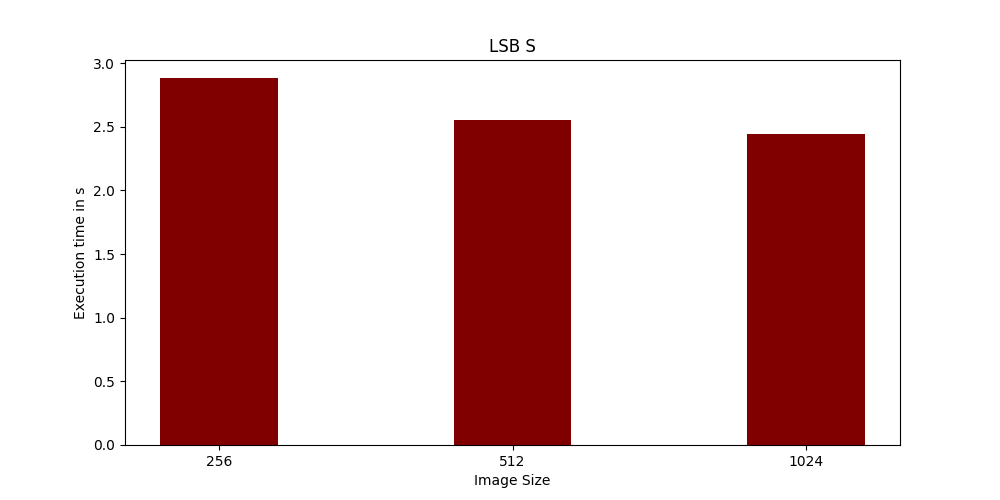
Repository: vishalsinghhh/DNA-cryptography-Project
Script's output: python DNA/Graphs.py
An editor plug-in stored every save of this project. The script's output is shown before and after the next save, followed by the edit.
Random numbers start from a fixed seed.

Above is the script's output before, as saved 2023-04-11 10:38:24.

### DNA/Graphs.py
import numpy as np
import matplotlib.pyplot as plt


# creating the dataset
data = {'256':2.88, '512':2.55, '1024':2.44}
courses = list(data.keys())
values = list(data.values())

fig = plt.figure(figsize = (10, 5))

# creating the bar plot
plt.bar(courses, values, color ='maroon',
        width = 0.4)

plt.xlabel("Image Size")
plt.ylabel("Execution time in s")
plt.title("LSB S")
plt.show()

After the next save:
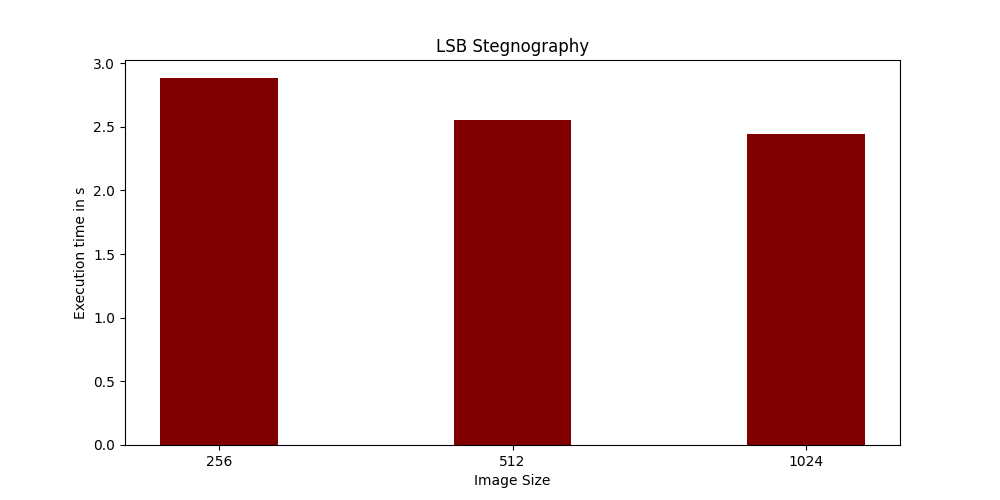
Saved 4 s later.
--- a/DNA/Graphs.py
+++ b/DNA/Graphs.py
@@ -15,5 +15,5 @@ plt.bar(courses, values, color ='maroon',
 
 plt.xlabel("Image Size")
 plt.ylabel("Execution time in s")
-plt.title("LSB S")
+plt.title("LSB Stegnography")
 plt.show()
